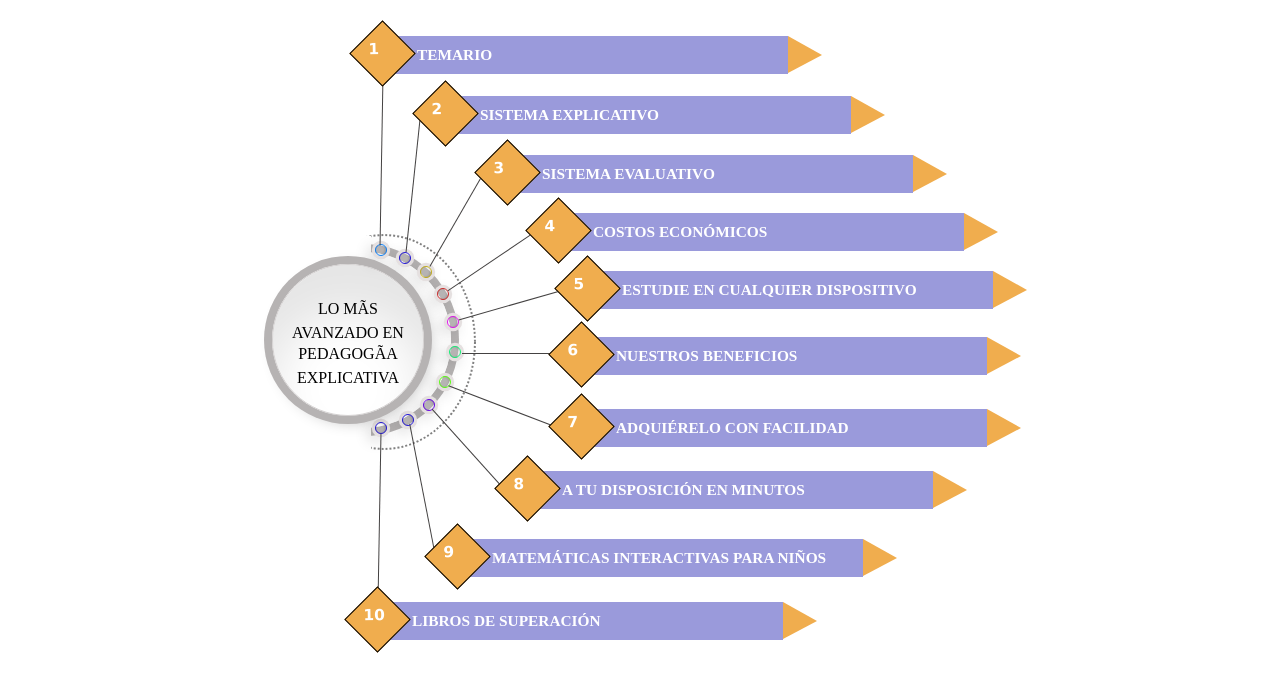
Repository: jennymoreno94/Menu
Page: index.html
An editor plug-in stored every save of this project. The page is shown before and after the next save, followed by the edit.
The browser window is 1280 px wide. The pictures show the whole page.

Above is the page before, as saved 2021-08-01 22:18:02.

### index.html
<!DOCTYPE html>
<html lang=”en”>

<head>
  <link rel="stylesheet" href="estilo.css">
  <meta charset=”UTF-8″ />
  <title>Menu</title>
</head>
<body>
  <container>
    <div class="circulo-completo">
      <div class="circle-menu">
        <p>LO MÁS AVANZADO EN PEDAGOGÍA EXPLICATIVA</p>
      </div>
      <div id="circulo" class="circle-menus derecha"></div>
    </div>
    <div class="circle-punto derecha"> </div>
  </container>
</body>
<script type="text/javascript" src="menu.js"></script>

</html>

### estilo.css
:root{
    --color: rgb(154, 154, 219);
}

.circulo-completo {
    margin: 250px;
}

.circle-menu {
    position: relative;
    width: 150px;
    height: 150px;
    border: 1px solid rgb(211, 208, 208);
    border-radius: 50%;
    box-shadow: inset 0 3em 3em rgba(0, 0, 0, 0.1), 0 0 0 0.5rem rgb(182, 179, 179), 0.3em 0.3em 1em rgba(0, 0, 0, 0.3);
    float: left;
    z-index: 7;
    margin: 14px;
}

p {
    padding: 1rem;
    text-align: center;
}

.circle-menus {
    position: relative;
    background-color: gray;
    width: 180px;
    height: 180px;
    border-radius: 50% 50%;
    margin-left: -165px;
    float: left;
    z-index: 6;
}

.circle-menus::before {
    position: absolute;
    content: "";
    top: 1%;
    left: 1%;
    background-color: #fff;
    height: 98%;
    width: 98%;
    border-radius: 50% 50%;
    box-shadow: inset 0 3em 3em rgb(255, 255, 255), 0 0 0 0.5rem rgb(182, 179, 179), 0.3em 0.3em 1em rgb(255, 255, 255);
}

.circle-menus::after {
    position: absolute;
    content: "";
    height: 50%;
    background-color: rgb(255, 255, 255);
    border: 1px solid #fff;
    top: 50%;
    left: 0;
    width: 100%;
    box-shadow: inset 0 3em 3em rgb(255, 255, 255), 0 0 0 0.5rem rgb(255, 255, 255), 0.3em 0.3em 1em rgb(255, 255, 255);
}

.circle-menus.derecha {
    transform: rotate(90deg);
}

.circulo-pequeno {
    position: relative;
    width: 10px;
    height: 10px;
    border-radius: 50%;
    box-shadow: inset 0 0.1rem 0.1rem rgba(0, 0, 0, 0.1), 0 0 0 0.2rem rgb(229, 224, 224), 0.3em 0.3em 1em rgba(0, 0, 0, 0.3);
    float: left;
    z-index: 5;
}

.num1 {
    border: 1px solid rgb(10 124 241);
    margin: 66px 0px 48px -6px;
}

.num::after {
    height: 1px;
    background-color: red;
}

.num2 {
    border: 1px solid rgb(32 20 212);
    margin: 42px 0px 0px -4px;
}

.num3 {
    border: 1px solid rgb(190 169 26);
    margin: 21px 0px 0px 2px;
}

.num4 {
    border: 1px solid rgb(200 41 41);
    margin: 4px 0px 0px 10px;
}

.num5 {
    border: 1px solid rgb(222 19 235);
    margin: -6px 0px 0px 16px;
}

.num6 {
    border: 1px solid rgb(18 235 115);
    margin: -8px 0px 0px 18px;
}

.num7 {
    border: 1px solid rgb(89 249 20);
    margin: 2px 0px 0px 18px;
}

.num8 {
    border: 1px solid rgb(100 3 225);
    margin: 18px 0px 0px 11px;
}

.num9 {
    border: 1px solid rgb(32 20 212);
    margin: 39px -1px 0px 3px;
}

.num10 {
    border: 1px solid rgb(32 20 212);
    margin: 66px -14px 0px -3px;
}

.circle-punto {
    position: relative;
    width: 212px;
    height: 180px;
    border-radius: 50% 50%;
    margin-left: -177px;
    border: 2px dotted gray;
    float: left;
    z-index: 4;
}

.circle-punto::before {
    position: absolute;
    content: "";
    top: 1%;
    left: 1%;
    background-color: #fff;
    height: 98%;
    width: 98%;
    border-radius: 50% 50%;
}

.circle-punto::after {
    position: absolute;
    content: "";
    height: 50%;
    background-color: rgb(255, 255, 255);
    border: 1px dotted #fff;
    top: 57%;
    left: 0;
    width: 100%;
}

.circle-punto.derecha {
    transform: rotate(90deg);
}

.boton-agrupado {
    position: relative;
    float: left;
    z-index: 3;
}

.button-href {
    position: relative;
    width: 400px;
    height: 36px;
    border: 1px solid var(--color);
    background: var(--color);
    display: inline-block;
    color: black;
    text-decoration: none;
    z-index: 1;

}

/*.button-href::before {
  position: absolute;
  content: "";
  width: 45px;
  height: 45px;
  background: #f0ad4e;
  -webkit-transform: rotate(45deg);
  -moz-transform: rotate(45deg);
  -ms-transform: rotate(45deg);
  -o-transform: rotate(45deg);
  transform: rotate(45deg);
  border: 1px solid;
  margin-left: -27px;
  margin-top: -6px;
}*/

.flecha {
    position: absolute;
    content: "";
    border-left: 34px solid #f0ad4e;
    border-top: 19px solid transparent;
    border-bottom: 18px solid transparent;
}

.texto {
    margin-left: 30px;
    margin-top: 9px;
    font-size: 1.2vw;
    color: white;

}

.btn1 {
    transform: translateY(-268px) translateX(-391px) rotate(630deg);
}

.btn2 {
    transform: translateY(-307px) translateX(-339px) rotate(630deg);
}

.btn3 {
    transform: translateY(-348px) translateX(-294px) rotate(630deg);
}

.btn4 {
    transform: translateY(-382px) translateX(-258px) rotate(630deg);
}

.btn5 {
    transform: translateY(-401px) translateX(-228px) rotate(630deg);
}

.btn6 {
    transform: translateY(-393px) translateX(-192px) rotate(630deg);
}

.btn7 {
    transform: translateY(-403px) translateX(-150px) rotate(630deg);
}

.btn8 {
    transform: translateY(-365px) translateX(-111px) rotate(630deg);
}

.btn9 {
    transform: translateY(-316px) translateX(-58px) rotate(630deg);
}

.btn10 {
    transform: translateY(-263px) translateX(-3px) rotate(630deg);
}

.linea {
    position: relative;
    width: 112px;
    height: 47px;
    border-bottom: 1px solid rgb(68, 66, 66);
    float: left;
    z-index: 2;
}

.linea1 {
    transform: translateY(4px) translateX(-168px) rotate(181deg);
    width: 168px;
}

.linea2 {
    transform: translateY(-4px) translateX(-143px) rotate(186deg);
    width: 140px;
}

.linea3 {
    transform: translateY(-30px) translateX(-115px) rotate(210deg);
    width: 110px;
}

.linea4 {
    transform: translateY(-57px) translateX(-105px) rotate(236deg);
}

.linea5 {
    transform: translateY(-72px) translateX(-91px) rotate(254deg);
}

.linea6 {
    transform: translateY(-76px) translateX(-67px) rotate(270deg);
    width: 100px;
}

.linea7 {
    transform: translateY(-86px) translateX(-51px) rotate(291deg);
    width: 118px;
}

.linea8 {
    transform: translateY(-77px) translateX(-21px) rotate(318deg);
}

.linea9 {
    transform: translateY(-11px) translateX(12px) rotate(169deg);
    width: 140px;
}

.linea10 {
    transform: translateY(-41px) translateX(11px) rotate(361deg);
    width: 168px;
}

.text {
    border-radius: 4px;
    font-family: Verdana;
    color: white;
    position: relative;
    overflow: hidden;
    padding: 4px;
    top: 37%;
    transform: translateY(-111%) rotate( 314deg);
    font-size: 1.2vw;
    text-transform: uppercase;
}

.rombo {
    position: absolute;
    content: "";
    width: 45px;
    height: 45px;
    background: #f0ad4e;
    -webkit-transform: rotate(45deg);
    -moz-transform: rotate(45deg);
    -ms-transform: rotate(45deg);
    -o-transform: rotate(45deg);
    transform: rotate(45deg);
    border: 1px solid;
    margin-left: -27px;
    margin-top: -6px;
    z-index: 2;
}

### menu.js
let circulo = document.getElementById("circulo");

function Menu() {
    for (i = 0; i < 10 ; i++ ) {
        let circuloPequeno = document.createElement("div")
        circuloPequeno.classList.add("circulo-pequeno")
        circuloPequeno.classList.add(`num${i+1}`)

        let linea = document.createElement("div")
        linea.classList.add("linea")
        linea.classList.add(`linea${i+1}`)

        let boton = document.createElement("div")
        boton.classList.add("boton-agrupado")
        boton.classList.add(`btn${i+1}`)

        let spanRombo =document.createElement("span")
        spanRombo.classList.add("rombo")
        spanRombo.classList.add(`span${i+1}`)

        let h3Rombo =document.createElement("h3")
        h3Rombo.classList.add("text")


        let link =document.createElement("a")
        link.classList.add("button-href")
        link.classList.add(`href${i+1}`)

        let span =document.createElement("span")
        span.classList.add("flecha")
        span.classList.add(`span${i+1}`)

        let h3 =document.createElement("h3")
        h3.classList.add("texto")
        let textoFinal = texto(i+1)

        circulo.appendChild(circuloPequeno)
        circuloPequeno.appendChild(linea)
        circuloPequeno.appendChild(boton)
        boton.appendChild(spanRombo)
        boton.appendChild(link)
        boton.appendChild(span)
        link.appendChild(h3)
        spanRombo.appendChild(h3Rombo)
        h3.append(textoFinal);
        h3Rombo.append(i+1);


    }
}


function texto(num) {
    let texto = ''
    switch (num) {
        case 1: texto='TEMARIO'
        break;
        case 2: texto='SISTEMA EXPLICATIVO'
        break;
        case 3: texto='SISTEMA EVALUATIVO'
        break;
        case 4: texto='COSTOS ECONÓMICOS'
        break;
        case 5: texto='ESTUDIE EN CUALQUIER DISPOSITIVO'
        break;
        case 6: texto='NUESTROS BENEFICIOS'
        break;
        case 7: texto='ADQUIÉRELO CON FACILIDAD'
        break;
        case 8: texto='A TU DISPOSICIÓN EN MINUTOS'
        break;
        case 9: texto='MATEMÁTICAS INTERACTIVAS PARA NIÑOS'
        break;
        case 10: texto='LIBROS DE SUPERACIÓN'
        break;
    }

    return texto

}



document.onload = Menu()

After the next save:
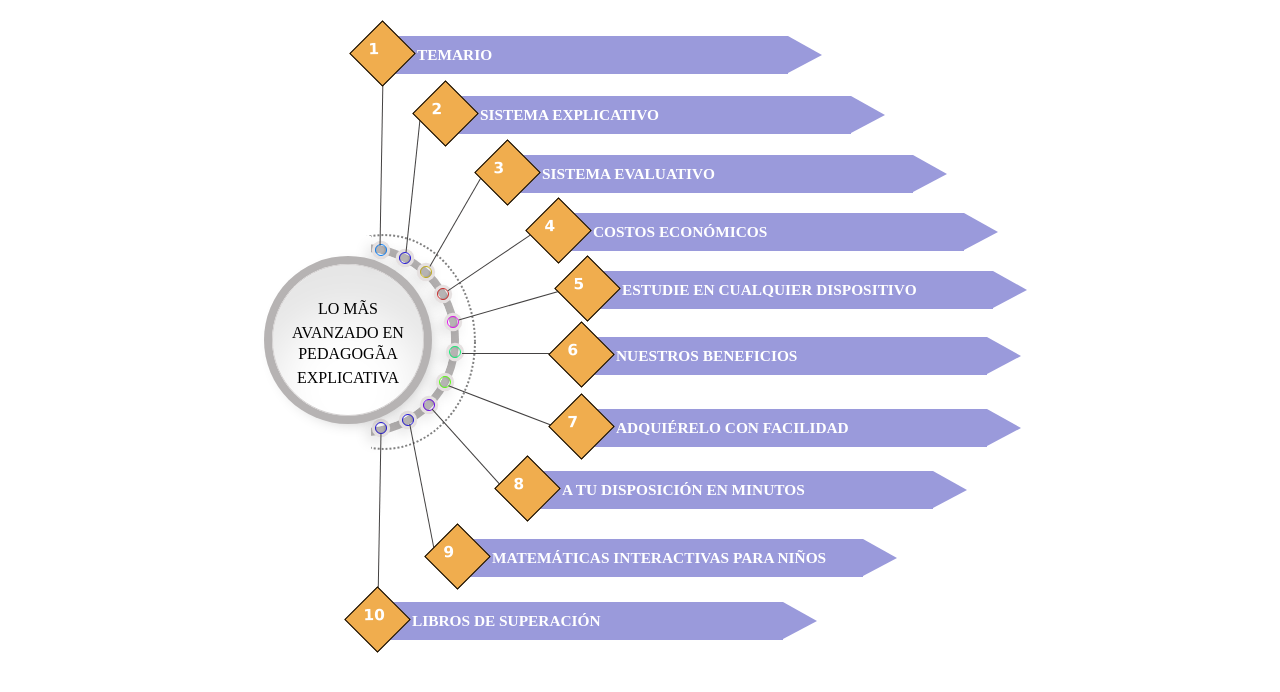
Saved 87 s later.
--- a/estilo.css
+++ b/estilo.css
@@ -188,7 +188,7 @@ p {
   content: "";
   width: 45px;
   height: 45px;
-  background: #f0ad4e;
+  background: var(--color);
   -webkit-transform: rotate(45deg);
   -moz-transform: rotate(45deg);
   -ms-transform: rotate(45deg);
@@ -202,7 +202,7 @@ p {
 .flecha {
     position: absolute;
     content: "";
-    border-left: 34px solid #f0ad4e;
+    border-left: 34px solid var(--color);
     border-top: 19px solid transparent;
     border-bottom: 18px solid transparent;
 }
